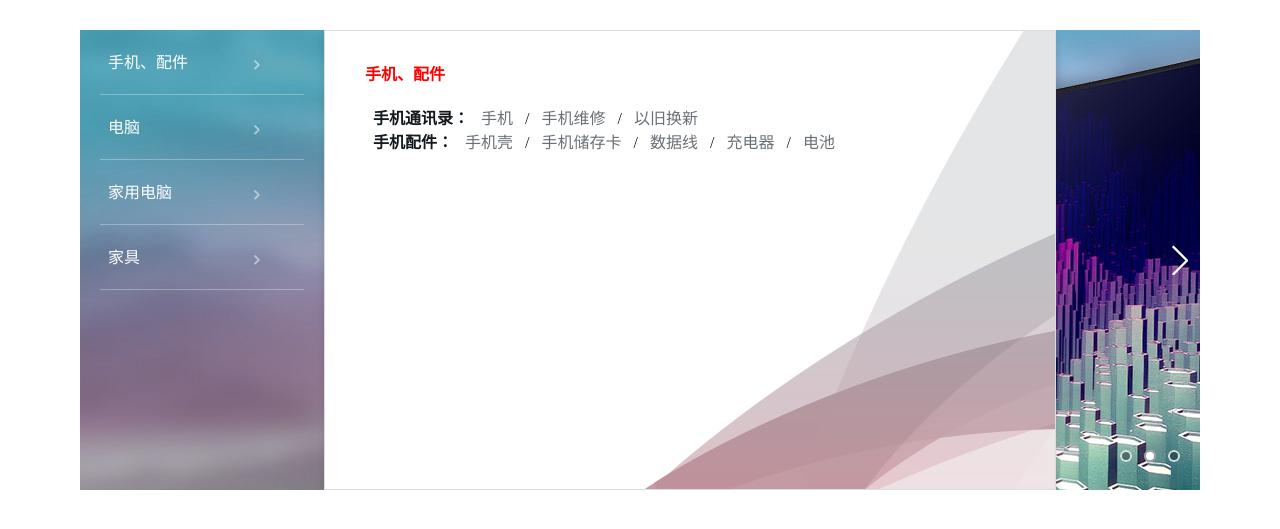
Repository: zhenzhen-gong/JSslider
Page: index.html
An editor plug-in stored every save of this project. The page is shown before and after the next save, followed by the edit.
The browser window is 1280 px wide. The pictures show the whole page.

Above is the page before, as saved 2020-06-06 19:00:35.

After the next save:
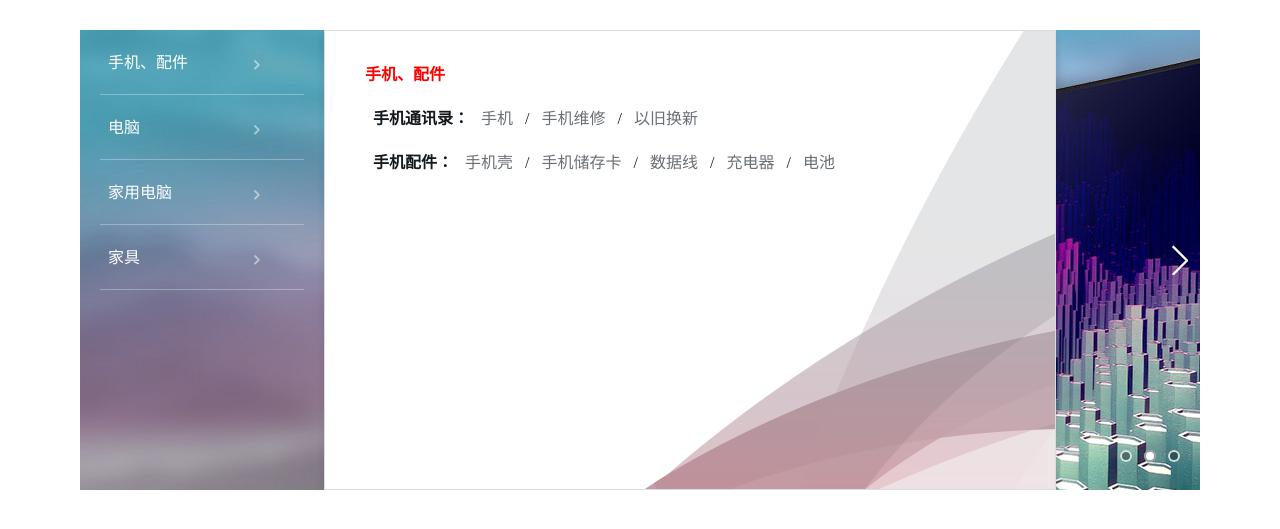
Saved 19 s later.
--- a/style.css
+++ b/style.css
@@ -139,7 +139,7 @@
 .content-box h4{
     color: red;
 }
-.content-box ul{
+.content-box li{
     margin-top: 20px;
 }
 .content-box a{
